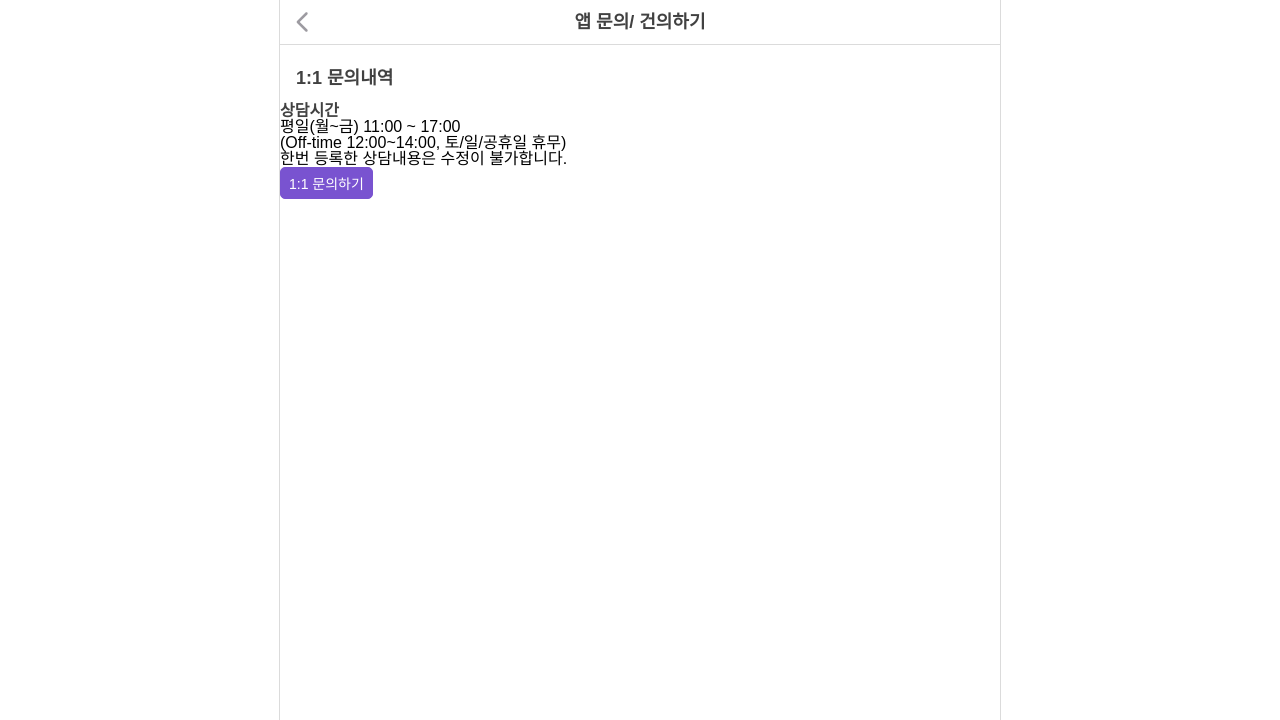
Repository: gosun1018/denguru
Page: my_complain.html
The author's editor kept a copy of each file at every save. The page is drawn from the files as they stood at one save, then again after the next save.
The browser window is 1280 px wide. The pictures show the whole page.
Some web fonts or font styles are not loaded; a fallback is used. The style sheet was rebuilt from its Sass, Less or Tailwind sources for each picture, by a compiler version that may differ from the author's.

Above is the page before, as saved 2020-03-20 19:08:50.

After the next save:
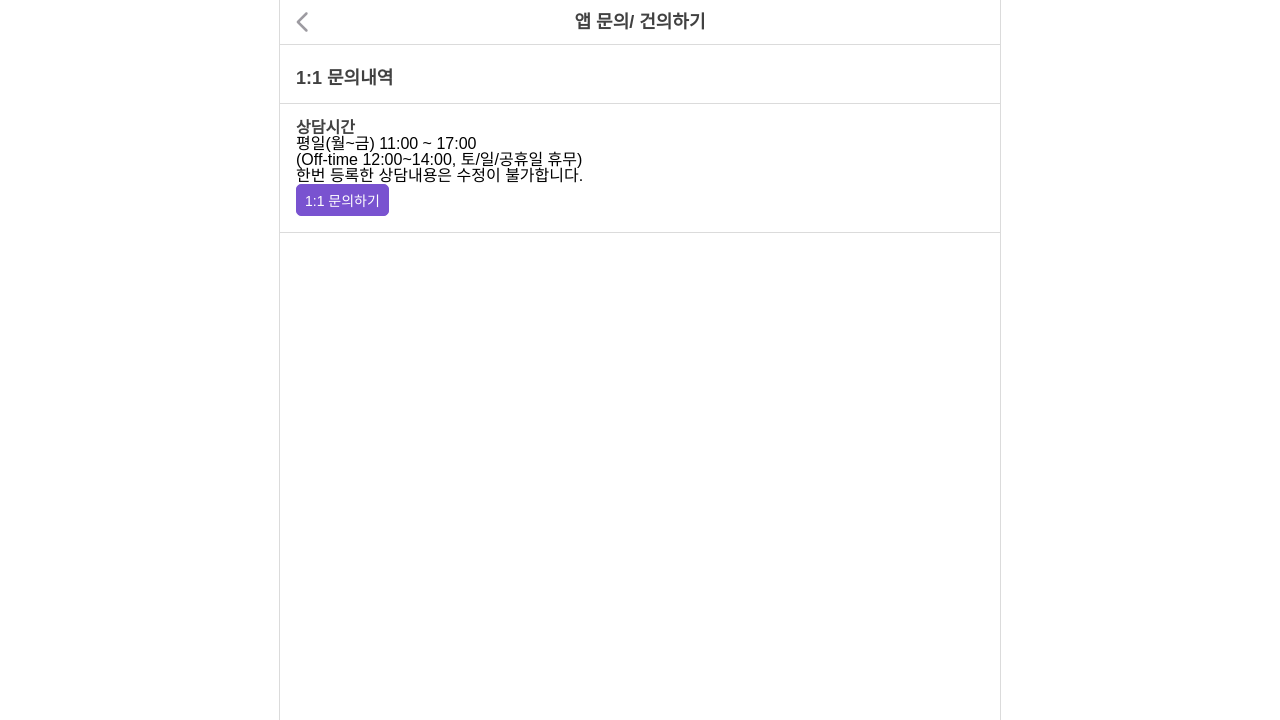
Saved 58 s later.
--- a/css/scss/pages/_mycomplain.scss
+++ b/css/scss/pages/_mycomplain.scss
@@ -7,3 +7,8 @@
         margin: 0 $layout-base-padding $layout-base-padding;
     }
 }
+.complain_announce_container {
+    padding: $layout-base-padding;
+    border-top: $light-border;
+    border-bottom: $light-border;
+}
